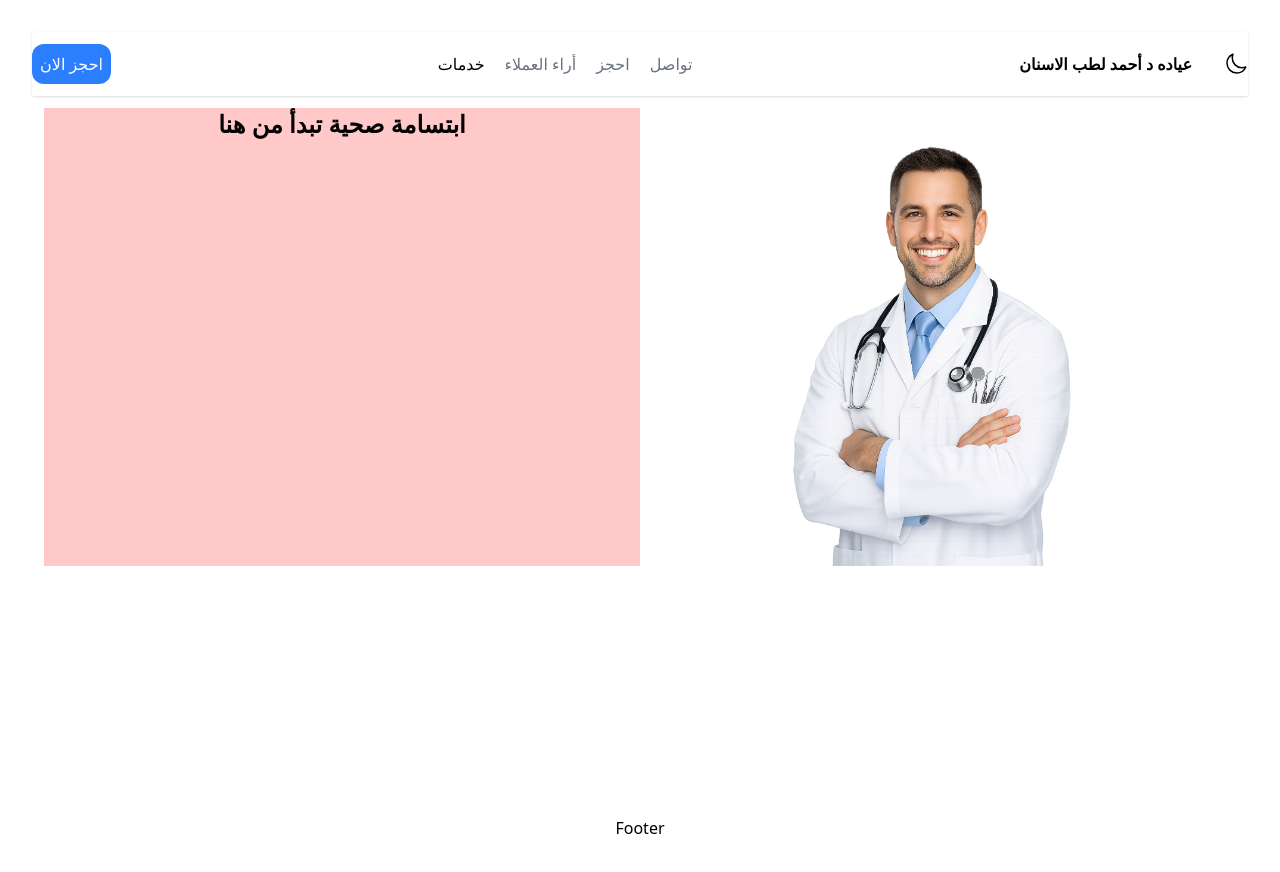
Repository: mohamedehab23-pro/clinic
Page: /
The author's editor kept a copy of each file at every save. The page is drawn from the files as they stood at one save, then again after the next save.
The browser window is 1280 px wide. The pictures show the whole page.
The project was rebuilt for these pictures with package versions that can differ from the ones it lists, and the page was loaded fresh each time. Also part of the build but not shown: vite.config.js, src/Pages/AboutPage.jsx, src/Pages/ContactPage.jsx, src/Pages/NotFound.jsx, src/Components/Child.jsx, src/Components/Parent.jsx.

Above is the page before, as saved 2026-02-22 14:07:45.

After the next save:
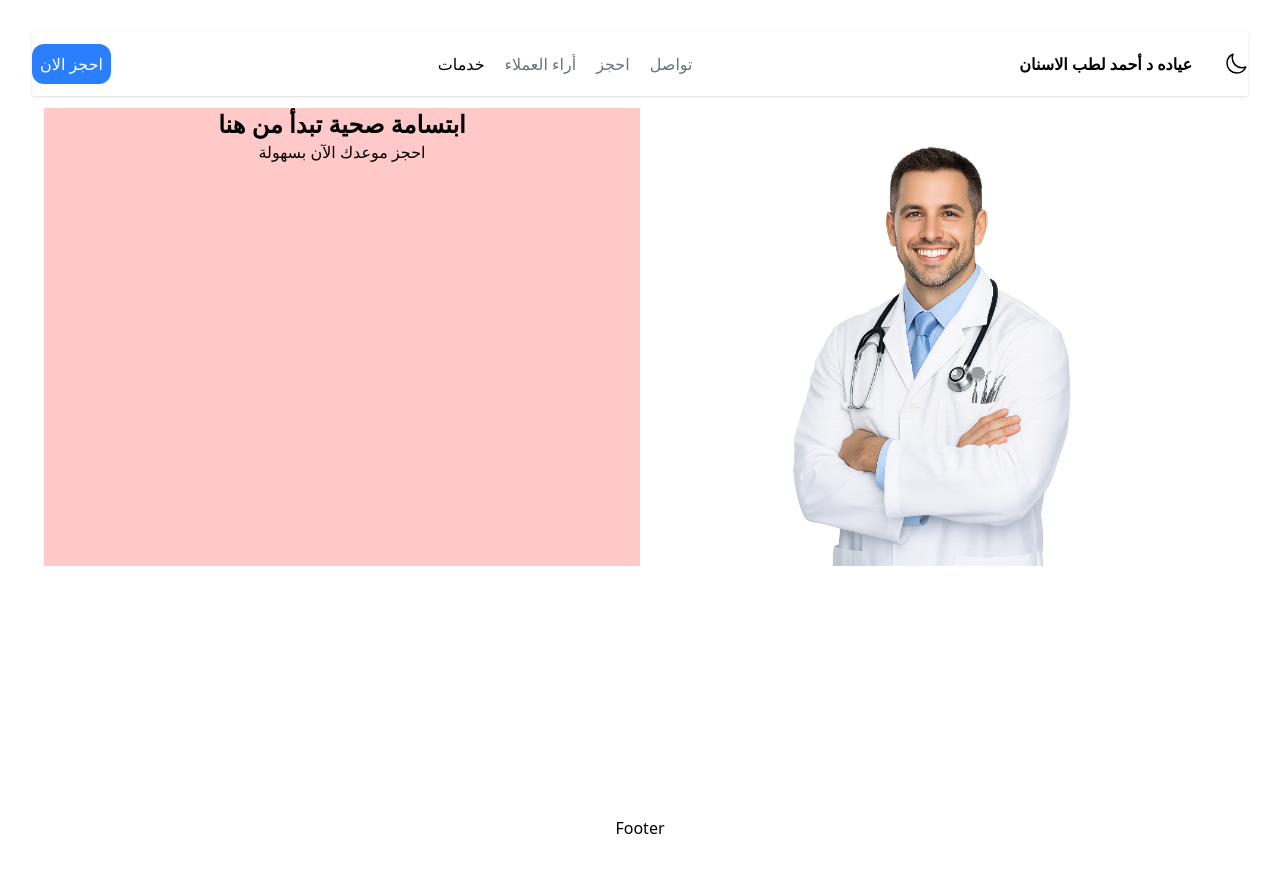
Saved 10 s later.
--- a/src/Pages/HeroPage.jsx
+++ b/src/Pages/HeroPage.jsx
@@ -6,6 +6,7 @@ export default function HomePage() {
       <div className='flex justify-around'>
 <div className='bg-red-200 w-full '>
 <h2 className='text-2xl font-bold'>ابتسامة صحية تبدأ من هنا</h2>
+<p>احجز موعدك الآن بسهولة</p>
 </div>
 <div className=' w-full flex justify-center items-center'>
  <img src={sora} alt="doctor" className='w-[50%] ' />
